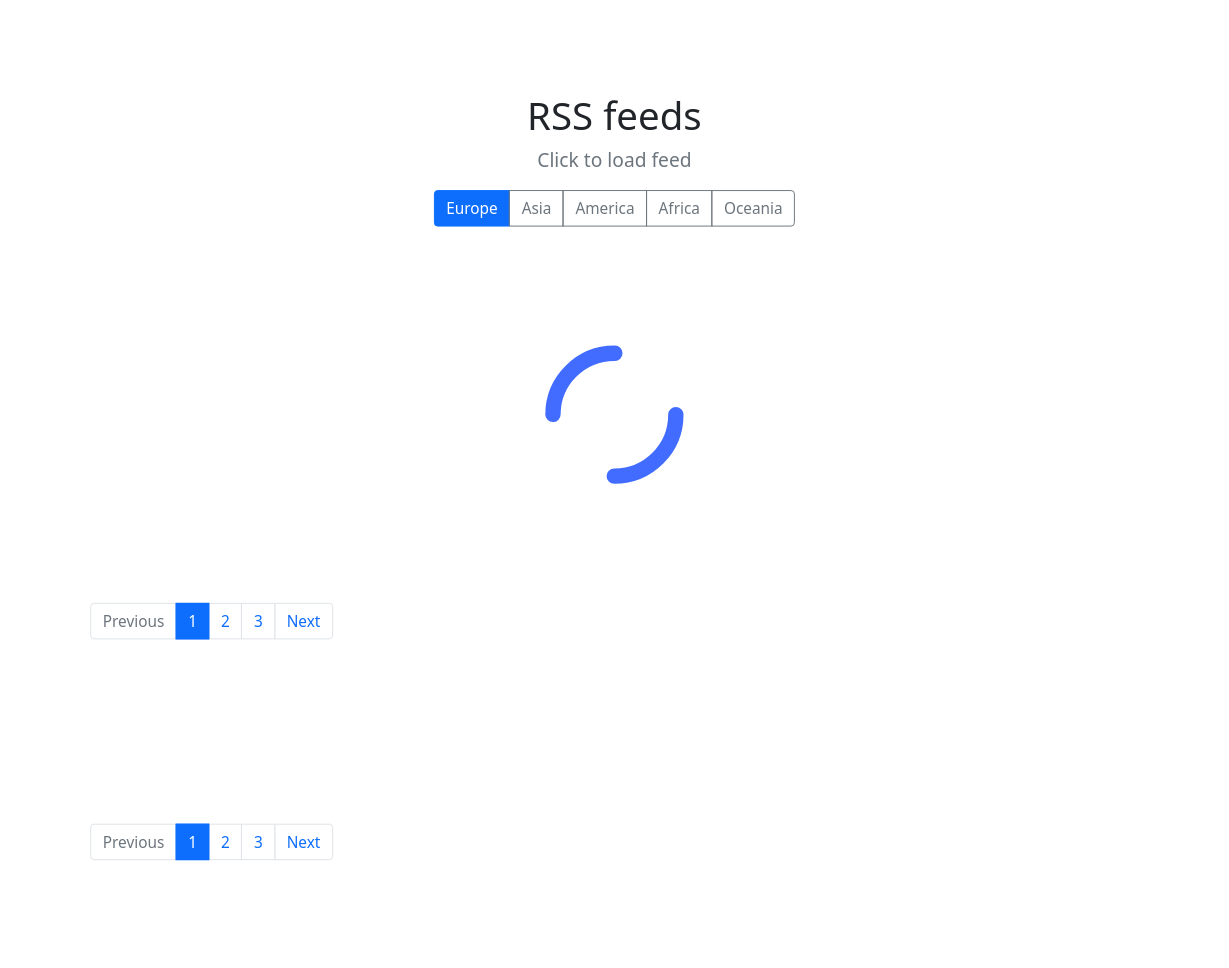
Repository: lilit1121/Templating-DOM-manipulation-and-data-processing
Page: europe.html
These files come from the project's save history. The page is drawn as it stood at one moment and after the next save; the edit follows.
The browser window is 1280 px wide. The pictures show the whole page, at 96% of full size.
The page's requests for data from a server got no answer.

Above is the page before, as saved 2023-02-09 15:55:25.

### europe.html
<!DOCTYPE html>
<html lang="en">
   <head>
    <meta charset="UTF-8" />
    <meta http-equiv="X-UA-Compatible" content="IE=edge" />
    <meta name="viewport" content="width=device-width, initial-scale=1.0" />
    <link rel="stylesheet" href="styles.css" />
    <link
      href="https://cdn.jsdelivr.net/npm/bootstrap@5.0.2/dist/css/bootstrap.min.css"
      rel="stylesheet"
      integrity="sha384-EVSTQN3/azprG1Anm3QDgpJLIm9Nao0Yz1ztcQTwFspd3yD65VohhpuuCOmLASjC"
      crossorigin="anonymous"
    />
    <script
      src="https://cdn.jsdelivr.net/npm/bootstrap@5.0.2/dist/js/bootstrap.bundle.min.js"
      integrity="sha384-MrcW6ZMFYlzcLA8Nl+NtUVF0sA7MsXsP1UyJoMp4YLEuNSfAP+JcXn/tWtIaxVXM"
      crossorigin="anonymous"
    ></script>
    <title>Templating, DOM manipulation and data processing</title>
  </head>
  <body>
    <section class="py-5 text-center container">
      <div class="row py-lg-5">
        <div class="col-lg-6 col-md-8 mx-auto">
          <h1 class="fw-light">RSS feeds</h1>
          <p class="lead text-muted">Click to load feed</p>
          <div class="btn-group">
            <a href="./europe.html#" class="btn btn-primary">Europe</a>
            <a href="./asia.html#" class="btn btn-outline-secondary">Asia</a>
            <a href="./americas.html#" class="btn btn-outline-secondary"
              >America</a
            >
            <a href="./africa.html#" class="btn btn-outline-secondary"
              >Africa</a
            >
            <a href="./oceania.html#" class="btn btn-outline-secondary"
              >Oceania</a
            >
          </div>
        </div>
      </div>
    </section>


    <!-- Loading state UI -->
    <div id="loadding" class="visually-hidden">
      <svg
      xmlns="http://www.w3.org/2000/svg"
      xmlns:xlink="http://www.w3.org/1999/xlink"
      style="margin: auto; background: #fff; display: block"
      width="200px"
      height="200px"
      viewBox="0 0 100 100"
      preserveAspectRatio="xMidYMid"
    >
      <circle
        cx="50"
        cy="50"
        r="32"
        stroke-width="8"
        stroke="#416cff"
        stroke-dasharray="50.26548245743669 50.26548245743669"
        fill="none"
        stroke-linecap="round"
      >
        <animateTransform
          attributeName="transform"
          type="rotate"
          repeatCount="indefinite"
          dur="1s"
          keyTimes="0;1"
          values="0 50 50;360 50 50"
        ></animateTransform>
      </circle>
    </svg>
  </div>

    <!-- Error state UI -->
    <div id="error" class="visually-hidden">
      <h5>Unable to load feed</h5>
      <!-- Show error message, if applicable -->
      Feed could not be converted, probably not a valid RSS feed.<br />
    </div>
    <!-- Pagination -->
    <div class="container">
    <section class="py-5 text-center container">
      <div class="row py-lg-5">
        <nav>
          <ul class="pagination">
            <li class="page-item disabled">
              <a class="page-link">Previous</a>
            </li>
            <li class="page-item active">
              <a class="page-link" href="#">1</a>
            </li>
            <li class="page-item">
              <a class="page-link" href="#">2</a>
            </li>
            <li class="page-item"><a class="page-link" href="#">3</a></li>
            <li class="page-item">
              <a class="page-link" href="#">Next</a>
            </li>
          </ul>
        </nav>
      </div>
    </section>

      <!-- Feed (Show no more than 5 posts per page) -->
      <div
        id="main_container"
        class="row row-cols-1 row-cols-sm-2 row-cols-md-3 g-3"
      ></div>


    <!-- Pagination -->
    <section class="py-5 text-center container">
      <div class="row py-lg-5">
        <nav>
          <ul class="pagination">
            <li class="page-item disabled">
              <a class="page-link">Previous</a>
            </li>
            <li class="page-item active">
              <a class="page-link" href="#">1</a>
            </li>
            <li class="page-item">
              <a class="page-link" href="#">2</a>
            </li>
            <li class="page-item"><a class="page-link" href="#">3</a></li>
            <li class="page-item">
              <a class="page-link" href="#">Next</a>
            </li>
          </ul>
        </nav>
      </div>
    </div>
    </section>
    <script src="./script.js"></script>
  </body>
</html>

### styles.css

.card-text {
    display: -webkit-box;
    -webkit-box-orient: vertical;
    -webkit-line-clamp: 4;
    overflow: hidden;
  }

### script.js
const main_container = document.getElementById("main_container");
const page_item = document.querySelectorAll(".page-item");
const loadding = document.getElementById('loadding')
let countriesData;
let sliceStart = 0;
let currentPage = 1;

page_item.forEach((el) => {
  el.addEventListener("click", (event) => {
    changePage(event);
  });
});

function changePage(e) {
  if (e.target.innerText === "Next" && sliceStart < 10) {
    sliceStart += 5;
    currentPage = (sliceStart - 5) / 5 + 2;
  } else if (e.target.innerText === "Previous" && sliceStart > 0) {
    sliceStart -= 5;
    currentPage = (sliceStart + 5) / 5;
  } else if (
    e.target.innerText === "1" ||
    e.target.innerText === "2" ||
    e.target.innerText === "3"
  ) {
    currentPage = +e.target.innerText;
    sliceStart = (+e.target.innerText - 1) * 5;
  }
  page_item.forEach((el) => {
    el.classList.remove("active");
    el.classList.remove("disabled");
    if (currentPage === +el.innerText) el.classList.add("active");
    else if (currentPage === 1 && el.innerText === "Previous")
      el.classList.add("disabled");
    else if (currentPage === 3 && el.innerText === "Next")
      el.classList.add("disabled");
  });
  showCountrys(countriesData, sliceStart);
}

function showCountrys(countriesData, sliceStart) {
  let countrys = countriesData.slice(sliceStart, sliceStart + 5);
  main_container.innerHTML = "";
  for (let i = 0; i < countrys.length; i++) {
    main_container.innerHTML += `<div id="main_container" class="col">
    <div class="card shadow-sm">
      <img src=${countrys[i].flags.png} />
      <div class="card-body">
        <h4>
          Country: ${countrys[i].name.official}
        </h4>
        <h5>
          Country: ${countrys[i].capital ? countrys[i].capital[0] : undefined}
        </h5>
        <p class="card-text">
          <small
            >Population: ${countrys[i].population}</small
          >
        </p>
        <p><a href="#">Read more &rarr;</a></p>
        <div class="d-flex justify-content-between align-items-center">
          <!-- Format date appropriately as per browser/device region format -->
          <small class="text-muted">Dec 10, 2021</small>
        </div>
      </div>
    </div>
    </div>  `;
  }
}

(async function getCountriesDataByRegion() {
  loadding.style.display='contents'
  await fetch(`https://restcountries.com/v3.1/region/${window.location.pathname.slice(1).split('.')[0]}`)
    .then((res) => res.json())
    .then((data) => {
      countriesData = data.slice(0, 15);
      showCountrys(countriesData, sliceStart);
    });
    loadding.style.display='none'
})();

After the next save:
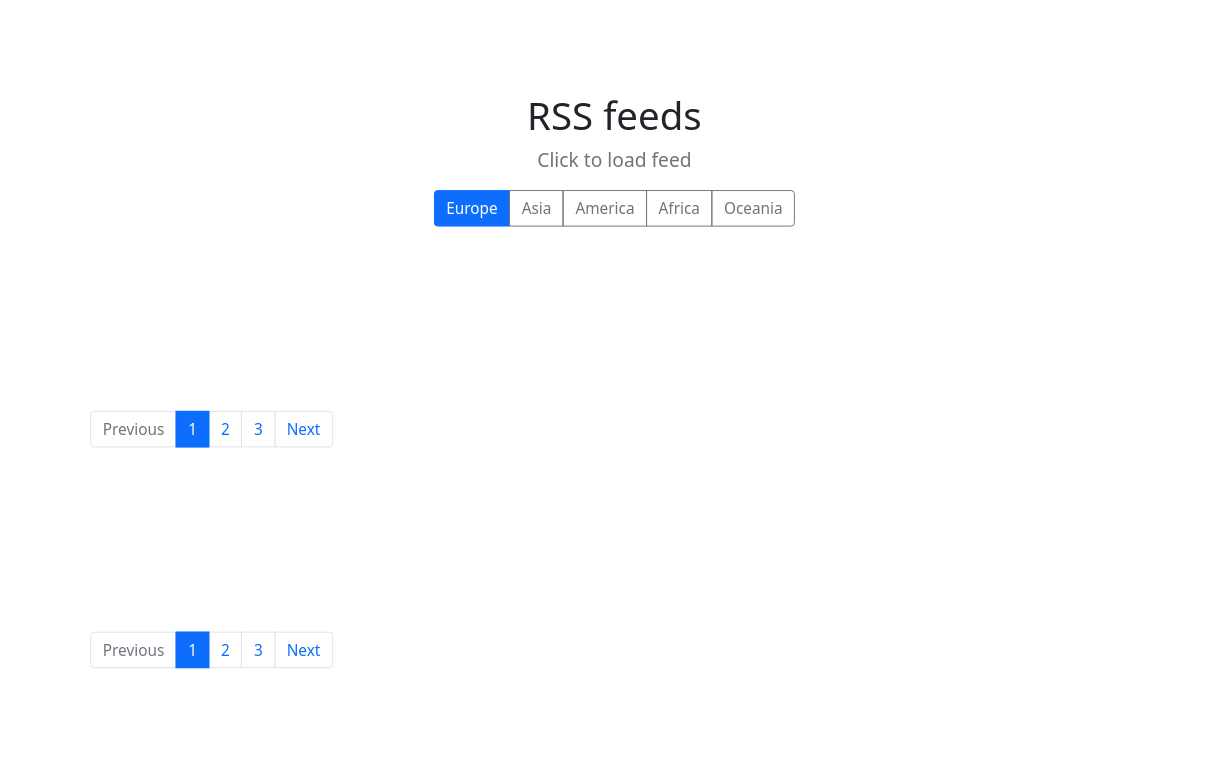
Console error: SyntaxError: Identifier 'loadding' has already been declared
Saved 54 s later.
--- a/script.js
+++ b/script.js
@@ -1,5 +1,6 @@
 const main_container = document.getElementById("main_container");
 const page_item = document.querySelectorAll(".page-item");
+const loadding = document.getElementById('loadding')
 const loadding = document.getElementById('loadding')
 let countriesData;
 let sliceStart = 0;

After the 3 saves that followed:
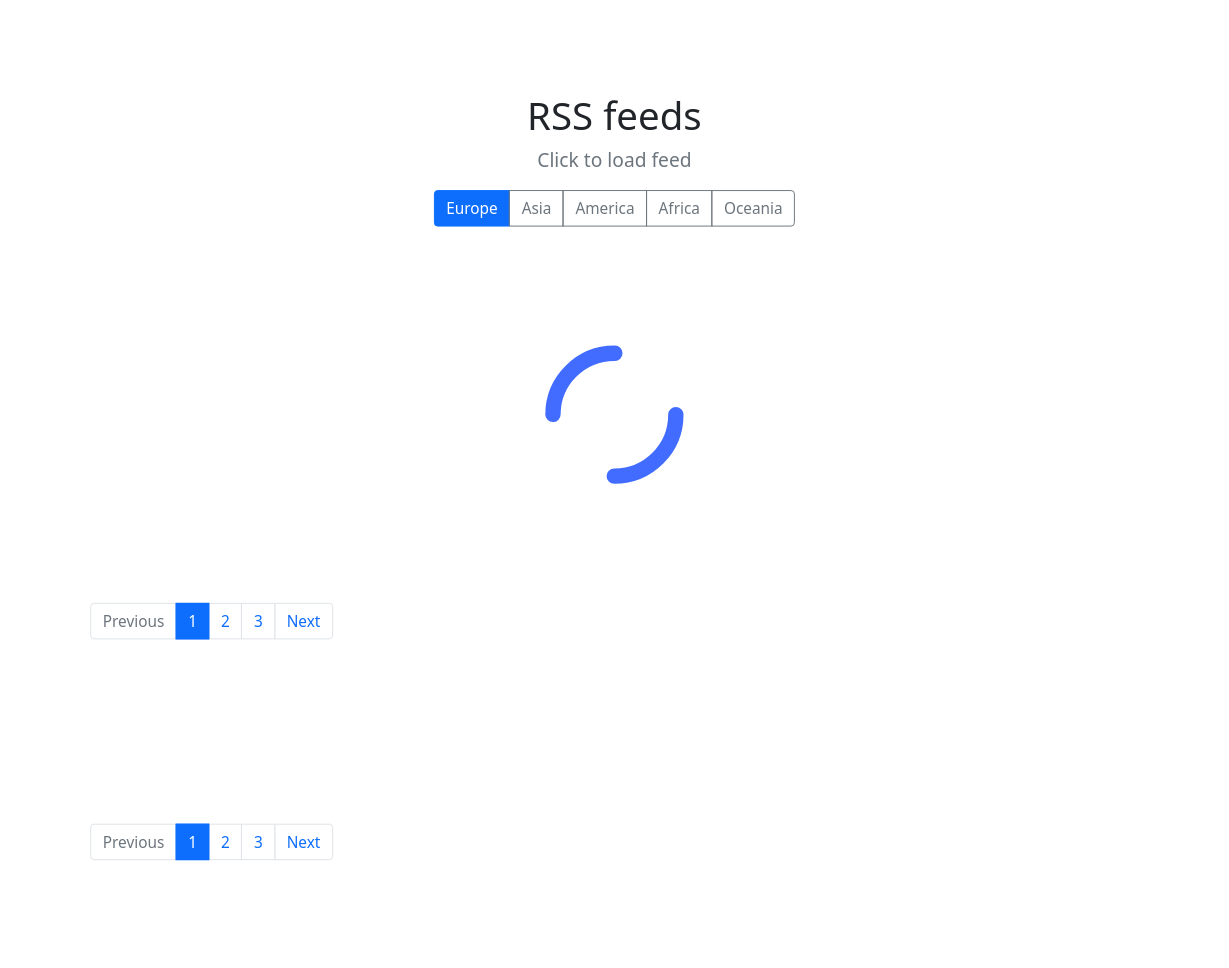
The error is gone.
The 3 saves are shown as one change because they came seconds apart.
The last was saved 12 s later.
--- a/script.js
+++ b/script.js
@@ -1,7 +1,7 @@
 const main_container = document.getElementById("main_container");
 const page_item = document.querySelectorAll(".page-item");
 const loadding = document.getElementById('loadding')
-const loadding = document.getElementById('loadding')
+const error = document.getElementById('loadding')
 let countriesData;
 let sliceStart = 0;
 let currentPage = 1;
